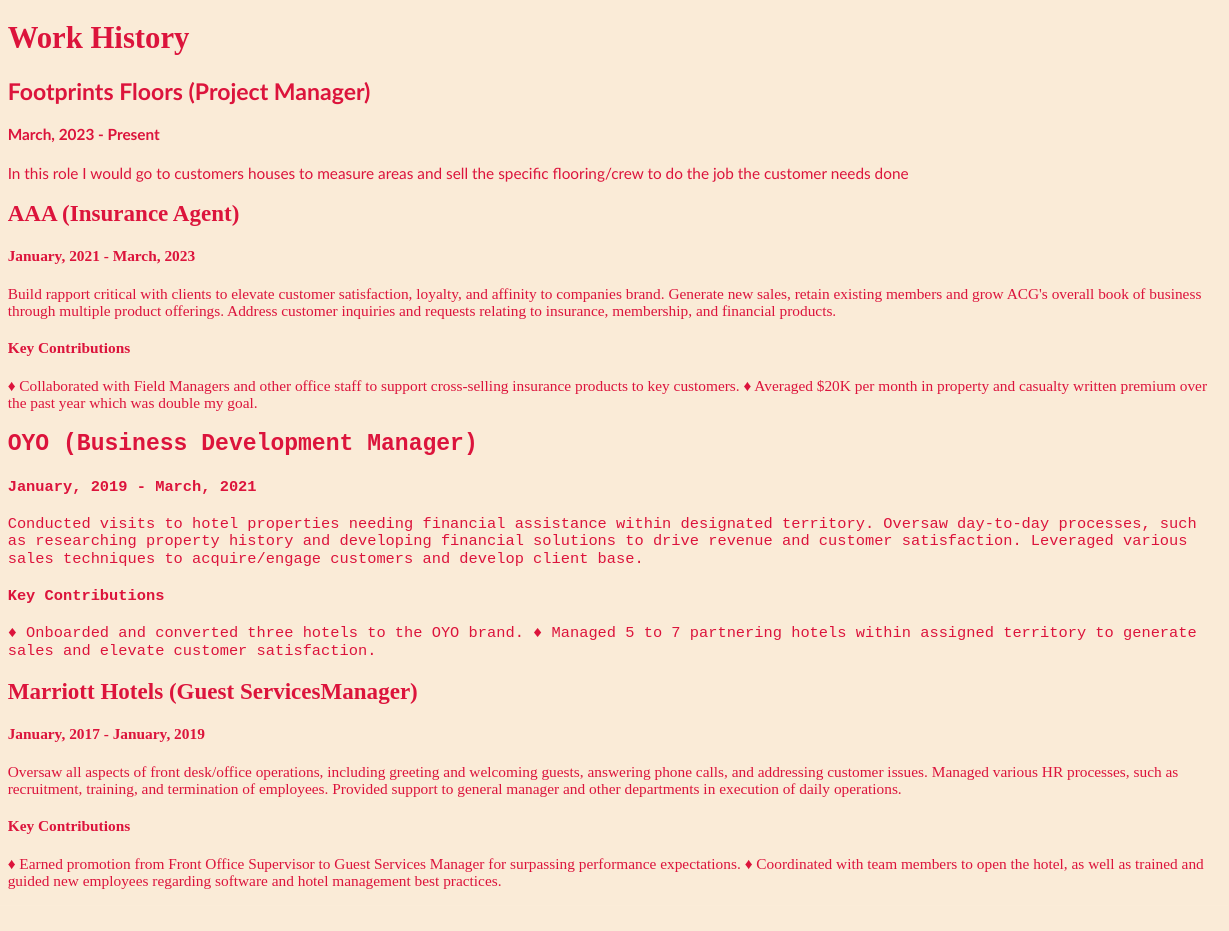
Repository: TEazy2433/LAB-HTML-Resume
Page: index.html
These files come from the project's save history. The page is drawn as it stood at one moment and after the next save; the edit follows.
The browser window is 1280 px wide. The pictures show the whole page, at 96% of full size.

Above is the page before, as saved 2023-10-11 20:28:31.

### index.html
<!DOCTYPE html>
<html lang="en">
<head>
  <meta charset="UTF-8">
  <meta name="viewport" content="width=device-width, initial-scale=1.0">
  <title>Resume</title>
  <link rel="stylesheet" href="main.css">
  </head>
  <body>

  <script src="main.js"></script>
  </body>
  </html><html></html>
    </head>
      <title>Work History</title>
    </head>
    <body>
      <h1>Work History</h1>
      <article id="articleOne">
        <h2>Footprints Floors (Project Manager)</h2>
        <h4>March, 2023 - Present</h4>
        <section>
          <p>In this role I would go to customers houses to measure areas and sell the specific flooring/crew to do the job the customer needs done</p>
        </section>
      </article>

      <article id="articleTwo">
        <h2>AAA (Insurance Agent)</h2>
        <h4>January, 2021 - March, 2023</h4>
        <section>
          <p>Build rapport critical with clients to elevate customer satisfaction, loyalty, and affinity to companies brand. Generate new sales, retain existing members and grow ACG's overall book of business through multiple product offerings. Address customer inquiries and requests relating to insurance, membership, and financial products.</p>

          <h4>Key Contributions</h4>
          <P>♦ Collaborated with Field Managers and other office staff to support cross-selling insurance products to key customers.
            ♦ Averaged $20K per month in property and casualty written premium over the past year which was double my goal.</P>
        </section>
      </article>

      <article id="articleThree">
        <h2>OYO (Business Development Manager)</h2>
        <h4>January, 2019 - March, 2021</h4>
        <section>
          <p>Conducted visits to hotel properties needing financial assistance within designated territory. Oversaw day-to-day processes, such as researching property history and developing financial solutions to drive revenue and customer satisfaction. Leveraged various sales techniques to acquire/engage customers and develop client base.</p>

          <h4>Key Contributions</h4>
          <P>♦ Onboarded and converted three hotels to the OYO brand.
            ♦ Managed 5 to 7 partnering hotels within assigned territory to generate sales and elevate customer satisfaction.</P>
        </section>
      </article>

      <article id="articleFour">
        <h2>Marriott Hotels (Guest ServicesManager)</h2>
        <h4>January, 2017 - January, 2019</h4>
        <section>
          <p>Oversaw all aspects of front desk/office operations, including greeting and welcoming guests, answering phone calls, and addressing customer issues. Managed various HR processes, such as recruitment, training, and termination of employees. Provided support to general manager and other departments in execution of daily operations.</p>

          <h4>Key Contributions</h4>
          <P>♦ Earned promotion from Front Office Supervisor to Guest Services Manager for surpassing performance expectations.
            ♦ Coordinated with team members to open the hotel, as well as trained and guided new employees regarding software
            and hotel management best practices.</P>
        </section>
      </article>


    </body>

### main.css
body{
  background-color: antiquewhite;
}

h1{
  color: crimson;

}

h2{
  color: crimson;
}

p{
  color:crimson
}

h4{
  color:crimson
}

h5{
  color: crimson
}

#articleOne{
  font-family: 'Gill Sans', 'Gill Sans MT', Calibri, 'Trebuchet MS', sans-serif;
}

#articleTwo{
  font-family: cursive;
}

#articleThree{
  font-family: 'Courier New', Courier, monospace;
}

#articleFour{
  font-family: fantasy;
}

### main.js
console.log("Resume");

After the next save:
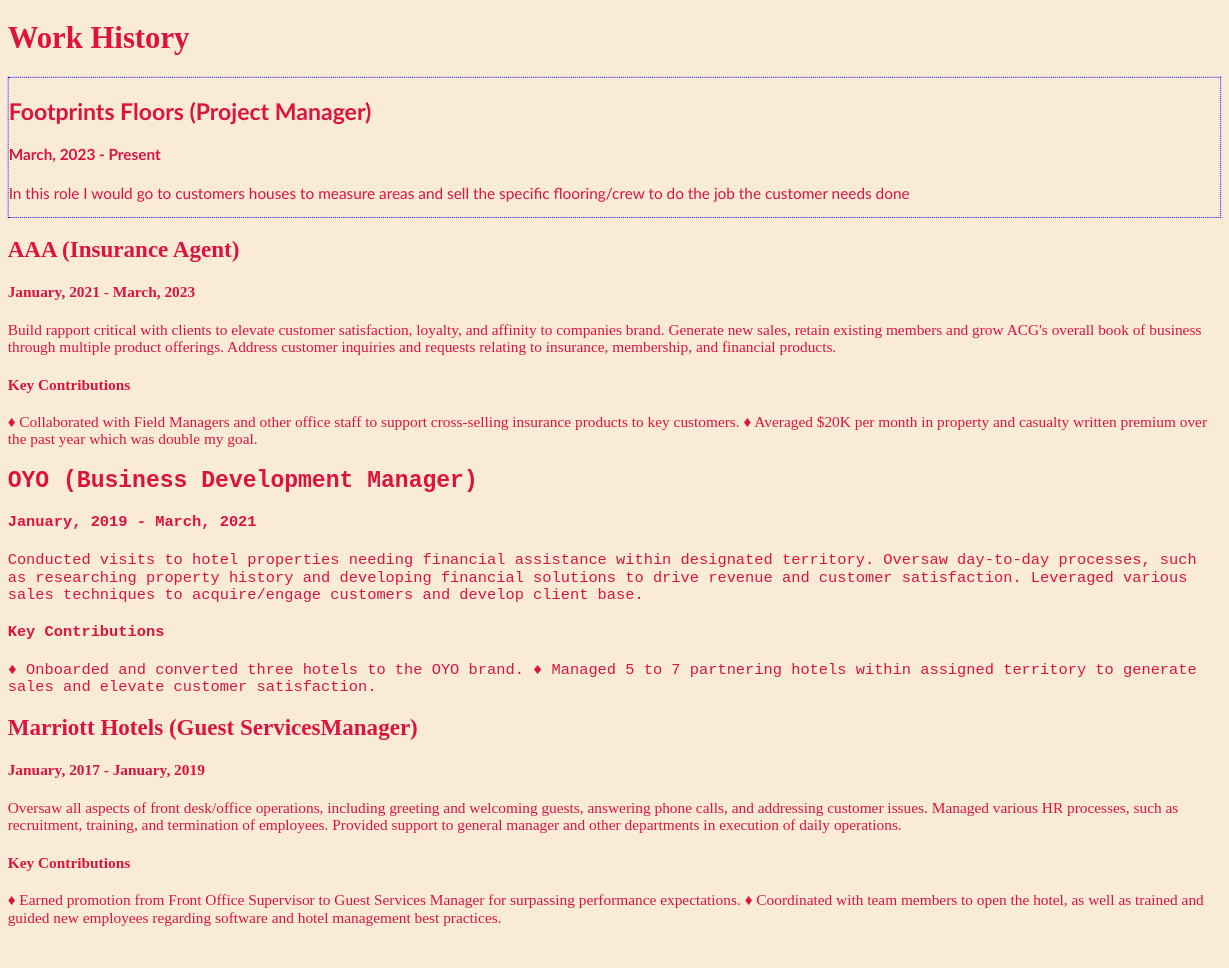
Saved 2 min 13 s later.
--- a/main.css
+++ b/main.css
@@ -25,6 +25,7 @@
 
 #articleOne{
   font-family: 'Gill Sans', 'Gill Sans MT', Calibri, 'Trebuchet MS', sans-serif;
+  border: 1px dotted blue
 }
 
 #articleTwo{
